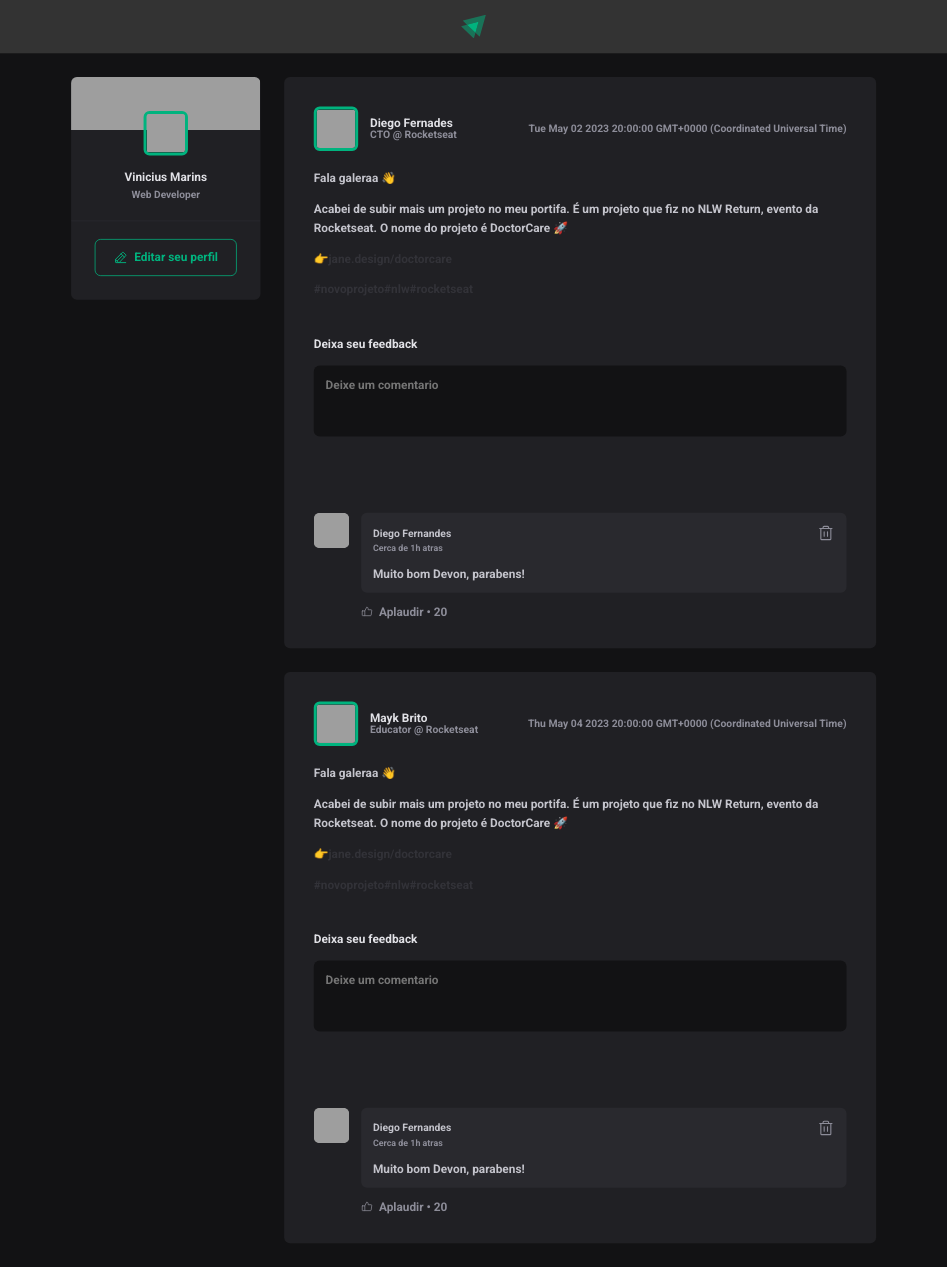
Repository: viniimartins/reactFundamentosRocketseat
Page: /
These files come from the project's save history. The page is drawn as it stood at one moment and after the next save; the edit follows.
The browser window is 1280 px wide. The pictures show the whole page, at 74% of full size.
Pictures or frames that could not be fetched are drawn as grey boxes. The project was rebuilt for these pictures with package versions that can differ from the ones it lists, and the page was loaded fresh each time. Also part of the build but not shown: vite.config.js.

Above is the page before, as saved 2023-05-02 13:31:35.

### index.html
<!DOCTYPE html>
<html lang="en">
  <head>
    <meta charset="UTF-8" />

    <link rel="preconnect" href="https://fonts.googleapis.com">
    <link rel="preconnect" href="https://fonts.gstatic.com" crossorigin>

    <link rel="icon" type="image/svg+xml" href="/vite.svg" />
    <meta name="viewport" content="width=device-width, initial-scale=1.0" />


    <link href="https://fonts.googleapis.com/css2?family=Montserrat&family=Roboto:wght@700&display=swap" rel="stylesheet">


    <title>Vite + React</title>
  </head>
  <body>
    <div id="root"></div>
    <script type="module" src="/src/main.jsx"></script>
  </body>
</html>

### src/App.jsx
import { Header } from './Components/Header'
import { Sidebar } from './Components/Sidebar'
import { Post } from './Components/Post'

import styles from './App.module.css'

import './global.css'

// author : { avatar_url: "", name: "", role: ""}
// publishedAt: Date
// content : String




const posts = [
  {
    id: 1,
    author: {
      avatarUrl: 'https://avatars.githubusercontent.com/u/84347013?v=4',
      name: "Diego Fernades",
      role: 'CTO @ Rocketseat'
    },
    content: [
      { type: 'paragraph', content: "Fala galeraa 👋", },
      { type: 'paragraph', content: "Acabei de subir mais um projeto no meu portifa. É um projeto que fiz no NLW Return, evento da Rocketseat. O nome do projeto é DoctorCare 🚀," },
      { type: 'link', content: 'jane.design/doctorcare' },
    ],
    publishedAt: new Date('2023-05-02 20:00:00')
  },
  {
    id: 2,
    author: {
      avatarUrl: 'https://github.com/maykbrito.png',
      name: "Mayk Brito",
      role: 'Educator @ Rocketseat'
    },
    content: [
      { type: 'paragraph', content: "Fala galeraa 👋", },
      { type: 'paragraph', content: "Acabei de subir mais um projeto no meu portifa. É um projeto que fiz no NLW Return, evento da Rocketseat. O nome do projeto é DoctorCare 🚀," },
      { type: 'link', content: 'jane.design/doctorcare' },
    ],
    publishedAt: new Date('2023-05-04 20:00:00')
  },
];


function App() {
  return (
    <>
      <div>
        <Header />

        <div className={styles.wrapper}>
          <Sidebar />
          <main>
            {posts.map(post => {
              return (
                <Post
                  key={post.id}
                  author={post.author}
                  content={post.content}
                  publishedAt={post.publishedAt}
                />
              )
            })}
          </main>
        </div>
      </div>

    </>
  )

}

export default App

### src/Components/Header.jsx
import styles from './Header.module.css';
import igniteLogo from '../assets/ignite-logo.svg'

export function Header() {
    return (
        <header className={styles.header}>
            <img src={igniteLogo}></img>
        </header>
    );
}

### src/Components/Sidebar.jsx
import { PencilLine } from "phosphor-react";

import styles from './Sidebar.module.css'
import { Avatar } from "./Avatar";

export function Sidebar() {
    return (
        <aside className={styles.sidebar}>
            <img
                className={styles.cover}
                src="https://images.unsplash.com/photo-1587620962725-abab7fe55159?ixlib=rb-4.0.3&ixid=MnwxMjA3fDB8MHxwaG90by1wYWdlfHx8fGVufDB8fHx8&auto=format&fit=crop&w=500&q=50"
            />
            <div className={styles.profile}>
                <Avatar src="https://avatars.githubusercontent.com/u/84347013?v=4" />
                <strong>Vinicius Marins</strong>
                <span>Web Developer</span>
            </div>

            <footer>
                <a href="#">
                    <PencilLine size={20} />
                    Editar seu perfil</a>
            </footer>
        </aside>
    )
}

### src/Components/Post.jsx
import styles from './Post.module.css'
import { Comment } from './Comment'
import { Avatar } from './Avatar'


export function Post({ author, publishedAt }) {


    return (
        <article className={styles.post}>
            <header>
                <div className={styles.author}>
                    <Avatar src={author.avatarUrl} />
                    <div className={styles.authorInfo}>
                        <strong>{author.name}</strong>
                        <span>{author.role}</span>
                    </div>
                </div>
                <time title="11 de Maio ás 08:13" dateTime="2022-05-11 08:13:30">
                    {publishedAt.toString()}
                </time>
            </header>


            <div className={styles.content}>
                <p> Fala galeraa 👋</p>
                <p>Acabei de subir mais um projeto no meu portifa. É um projeto que fiz no NLW Return, evento da Rocketseat. O nome do projeto é DoctorCare 🚀</p>
                <p>👉<a href="">jane.design/doctorcare</a></p>
                <p>
                    <a href="">#novoprojeto</a>{''}
                    <a href="">#nlw</a>{''}
                    <a href="">#rocketseat</a>
                </p>
            </div>

            <form className={styles.commentForm}>
                <strong>Deixa seu feedback</strong>

                <textarea
                    placeholder='Deixe um comentario'
                />

                <footer>
                    <button type="submit">Publicar</button>
                </footer>
            </form>

            <div className={styles.commentList}>
                <Comment />
            </div>
        </article>
    )
}

### src/global.css
:root {
  --white: #fff;

  --gray-100: #e1e1e6;
  --gray-300: #c4c4cc;
  --gray-400: #8d8d99;
  --gray-500: #323238;
  --gray-700: #29292e;
  --gray-800: #202024;
  --gray-900: #121214;

  --green-500: #00b37e;
  --green-300: #00875f;

  --red-500: #f75a68
}

:focus {
  outline: transparent;
  box-shadow: 0 0 0 2px var(--green-500);
}

* {
  margin: 0;
  padding: 0;
  box-sizing: border-box;
}

body {
  background: var(--gray-900);
  color: var(--gray-300);
  -webkit-font-smoothing: antialiased;
}

body,
input,
textarea,
button {
  font-family: "Roboto", sans-serif;
  font-weight: 400;
  font-size: 1rem;
}

### src/Components/Header.module.css
.header {
    background: #333;
    display: flex;
    justify-content: center;
    padding: 1.25rem 0
}

.header img {
    height: 2rem;
}

### src/Components/Sidebar.module.css
.sidebar {
  background: var(--gray-800);
  border-radius: 8px;
  overflow: hidden;
}

.cover {
  width: 100%;
  height: 72px;
  object-fit: cover;
}

.profile {
  display: flex;
  flex-direction: column;
  align-items: center;

  margin-top: calc(0px - 1.5rem - 6px);
}

.profile strong {
  margin-top: 1rem;
  color: var(--gray-100);
  line-height: 1.6;
}

.profile span {
  font-size: 0.857rem;
  color: var(--gray-400);
  line-height: 1.6;
}

.sidebar footer {
  border-top: 1px solid var(--gray-700);
  margin-top: 1.5rem;
  padding: 1.5rem 2rem 2rem;
}

.sidebar footer a {
  background: transparent;
  color: var(--green-500);
  border: 1px solid var(--green-500);
  border-radius: 8px;
  height: 50px;
  padding: 0 1.5rem;
  font-weight: bold;
  display: block;
  text-decoration: none;

  display: flex;
  align-items: center;
  justify-content: center;

  gap: 0.5rem;

  transition: color 0.1s, background-color 0.1s;
}

.sidebar footer a:hover {
  background: var(--green-500);
  color: var(--white);
}

### src/Components/Avatar.jsx
import styles from './Avatar.module.css';

export function Avatar({ hasBorder = true, src }) {
    return (
        <img
            className={hasBorder ? styles.avatarWithBorder : styles.avatar}
            src={src}
        />
    )
}

### src/Components/Post.module.css
.post {
  background: var(--gray-800);
  border-radius: 8px;
  padding: 2.5rem;
}

.post + .post {
  margin-top: 2rem;
}

.content {
  line-height: 1.6;
  color: var(--gray-300);
  margin-top: 1.5rem;
}

.content p {
  margin-top: 1rem;
}

.content a {
  font-weight: bold;
  color: var(--gray-500);
  text-decoration: none;
}

.content a:hover {
  color: var(--gray-300);
}

.post > header {
  display: flex;
  align-items: center;
  justify-content: space-between;
}

.post > header time {
  font-size: 0.875rem;
  color: var(--gray-400);
}

.author {
  display: flex;
  align-items: center;
  gap: 1rem;
}

.authorInfo strong {
  display: block;
  color: var(--gray-100);
  line-height: 1;
}

.authorInfo span {
  display: block;
  font-size: 0.875rem;
  color: var(--gray-400);
  line-height: 1;
}

.commentForm {
  width: 100%;
  margin-top: 1.5rem;
  padding-top: 1.5rem;
  border-top: 1px solid var(--gray-600);
}

.commentForm > strong {
  line-height: 1.6;
  color: var(--gray-100);
}

.commentForm textarea {
  width: 100%;
  background-color: var(--gray-900);
  border: 0px;
  resize: none;
  height: 6rem;
  padding: 1rem;
  border-radius: 8px;
  color: var(--gray-100);
  line-height: 1.4;
  margin-top: 1rem;
}

.commentForm button[type="submit"] {
  padding: 1rem 1.5rem;
  margin-top: 1rem;
  border-radius: 8px;
  border: 0;
  background-color: var(--green-500);
  color: var(--white);
  font-weight: bold;
  cursor: pointer;
  transition: background-color 0.1s;
}

.commentForm footer {
  visibility: hidden;
  max-width: 0;
}

.commentForm:focus-within footer {
  visibility: visible;
  max-width: none;
}

.commentForm button[type="submit"]:hover {
  background-color: var(--green-300);
}

.commentList {
  margin-top: 2rem;
}

### src/Components/Comment.jsx
import { ThumbsUp, Trash } from 'phosphor-react'
import styles from './Comment.module.css'
import { Avatar } from './Avatar'

export function Comment() {
    return (
        <div className={styles.comment}>
            <Avatar hasBorder={false} src="https://avatars.githubusercontent.com/u/84347013?v=4" alt="" />

            <div className={styles.commentBox}>
                <div className={styles.commentContent}>
                    <header>
                        <div className={styles.authorAndTime}>
                            <strong>Diego Fernandes</strong>
                            <time title="11 de Maio ás 08:13" dateTime="2022-05-11 08:13:30">Cerca de 1h atras</time>
                        </div>

                        <button title='Deletar comentario'>
                            <Trash size={24} />
                        </button>
                    </header>
                    <p>
                        Muito bom Devon, parabens!
                    </p>
                </div>
                <footer>
                    <button>
                        <ThumbsUp />
                        Aplaudir <span>20</span>
                    </button>
                </footer>
            </div>
        </div>
    )
}

### src/Components/Avatar.module.css
.avatar {
  width: 3rem;
  height: 3rem;
  border-radius: 8px;
}

.avatarWithBorder {
  width: calc(3rem + 12px);
  height: calc(3rem + 12px);
  border-radius: 8px;
  border: 4px solid var(--gray-800);
  border: 4px solid var(--green-500);
}

### src/Components/Comment.module.css
.comment {
  margin-top: 1.5rem;
  display: flex;
  gap: 1rem;
}

.comment > img {
  width: 3rem;
  height: 3rem;
  border-radius: 8px;
}

.commentBox {
  flex: 1;
}

.commentContent {
  background: var(--gray-700);
  border-radius: 8px;
  padding: 1rem;
}

.commentContent > header {
  display: flex;
  align-items: flex-start;
  justify-content: space-between;
}

.authorAndTime {
  display: flex;
  flex-direction: column;
}

.authorAndTime strong {
  display: block;
  font-size: 0.875rem;
  line-height: 1.6;
}

.authorAndTime time {
  display: block;
  font-size: 0.75rem;
  line-height: 1.6;
  color: var(--gray-400);
}

.commentContent header button {
  background: transparent;
  border: 0;
  color: var(--gray-400);
  cursor: pointer;
  line-height: 0;
  border-radius: 4px;
}

.commentContent header button:hover {
  color: var(--red-500);
}

.commentContent p {
  margin-top: 1rem;
  color: var(--gray-300);
}

.commentBox footer {
  margin-top: 1rem;
}

.commentBox footer button {
  background: transparent;
  border: 0;
  color: var(--gray-400);
  cursor: pointer;

  display: flex;
  align-items: center;
  border-radius: 2px;
}

.commentBox footer button:hover {
    color: var(--green-300);

}

.commentBox footer button svg {
    margin-right: 0.5rem;
}

.commentBox footer button span::before {
    content: "\2022";
    padding: 0 0.25rem;
}

Loaded but not shown: src/main.jsx (common file); src/App.module.css (common file)

After the next save:
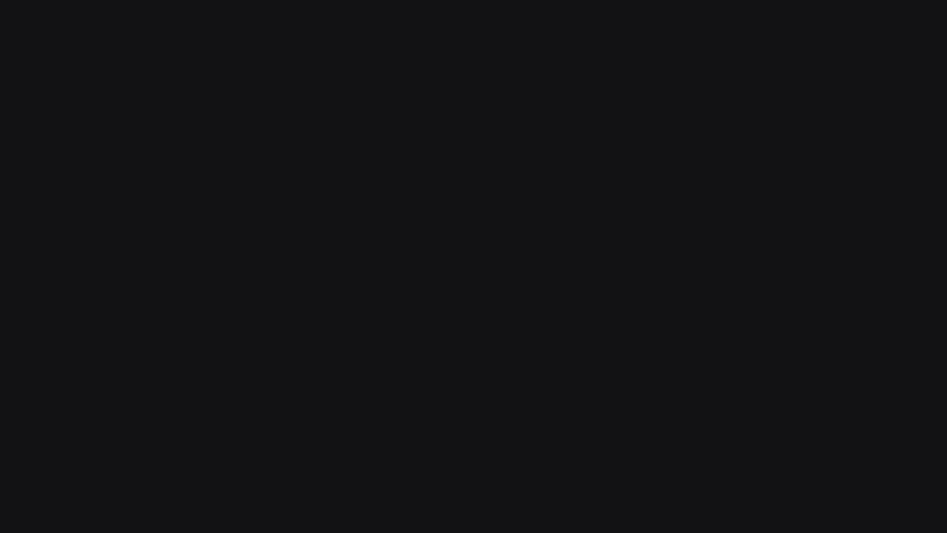
Console error (its wording comes from the project's code and is left out).
Saved 73 s later.
--- a/src/Components/Post.jsx
+++ b/src/Components/Post.jsx
@@ -4,7 +4,11 @@
 
 
 export function Post({ author, publishedAt }) {
-
+    const publisheddDateFormatted = new Intl.DateTimeFormat('pt-BR', {
+        day: '2-digit',
+        month: 'long',
+        timeStyle: 'full'
+    })
 
     return (
         <article className={styles.post}>

After the 4 saves that followed:
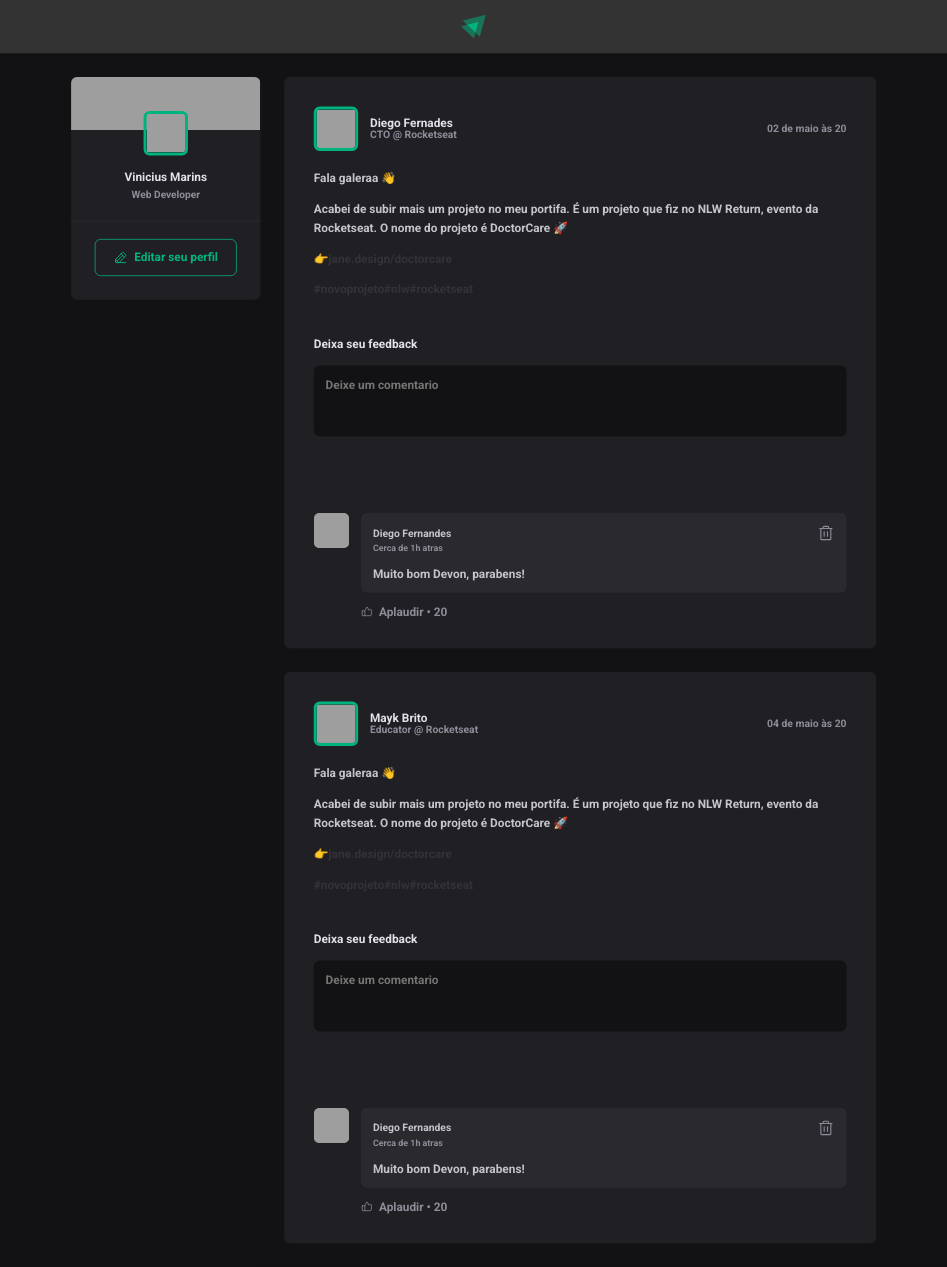
The error is gone.
The 4 saves are shown as one change because 2 left the picture as it was and some came seconds apart.
The last was saved 44 s later.
--- a/src/Components/Post.jsx
+++ b/src/Components/Post.jsx
@@ -7,8 +7,8 @@
     const publisheddDateFormatted = new Intl.DateTimeFormat('pt-BR', {
         day: '2-digit',
         month: 'long',
-        timeStyle: 'full'
-    })
+        hour: '2-digit'
+    }).format(publishedAt)
 
     return (
         <article className={styles.post}>
@@ -21,7 +21,7 @@
                     </div>
                 </div>
                 <time title="11 de Maio ás 08:13" dateTime="2022-05-11 08:13:30">
-                    {publishedAt.toString()}
+                    {publisheddDateFormatted}
                 </time>
             </header>
 
